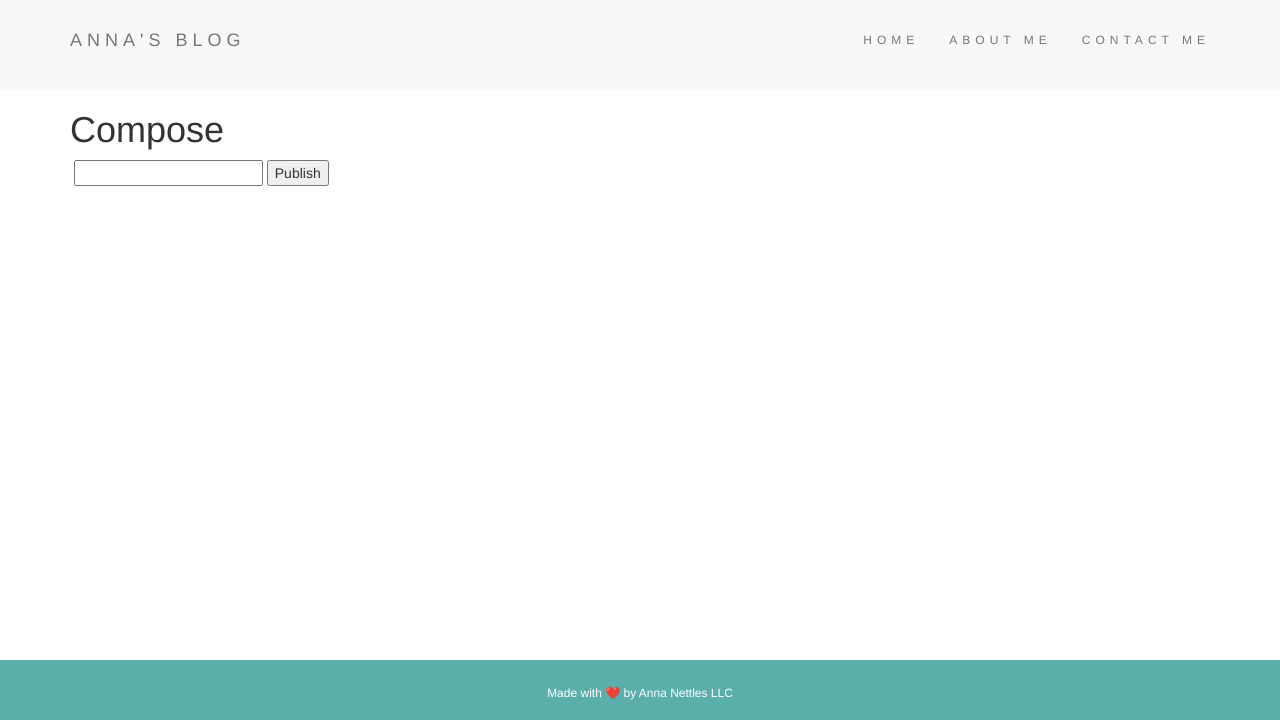
Repository: thecoachanna/blog
Page: http://localhost/compose
These files come from the project's save history. The page is drawn as it stood at one moment and after a run of saves; the edit follows.
The browser window is 1280 px wide. The pictures show the whole page.
The page is served by the project's Node server (app.js).

Above is the page before, as saved 2023-05-10 07:21:29.

### views/compose.ejs
<%- include("partials/header.ejs") %>

    <h1>Compose</h1>
    <form action="/compose" method="post">
        <label for=""></label>
        <input type="text" name="blog" autocomplete="off">
        <button type="submit" name="button">Publish</button>
    </form>

<%- include("partials/footer.ejs") %>

### views/partials/header.ejs
<!DOCTYPE html>
<html lang="en" dir="ltr">

<head>
  <meta charset="utf-8">
  <title>Anna's Blog</title>
  <meta charset="utf-8">
  <link rel="stylesheet" href="https://maxcdn.bootstrapcdn.com/bootstrap/3.3.7/css/bootstrap.min.css">
  <link rel="stylesheet" href="/css/styles.css">
  <nav class="navbar navbar-default">
    <div class="container">
      <div class="navbar-header">
        <p class="navbar-brand">ANNA'S BLOG</p>
      </div>
        <ul class="nav navbar-nav navbar-right">
          <!-- 6 -->
          <li id="home"><a href="/">HOME</a></li>
          <li id="about"><a href="/about">ABOUT ME</a></li>
          <li id="contact"><a href="/contact">CONTACT ME</a></li>
        </ul>
    </div>
  </nav>

  <body>
    <div class="container">

### views/partials/footer.ejs

</div>
<div class="footer-padding"></div>
  <div class="footer">
    <p>Made with ❤️ by Anna Nettles LLC</p>
  </div>
</div>
</body>
</html>

### app.js
//jshint esversion:6

const express = require("express");
const bodyParser = require("body-parser");
const ejs = require("ejs");

const homeStartingContent = "Lacus vel facilisis volutpat est velit egestas dui id ornare. Semper auctor neque vitae tempus quam. Sit amet cursus sit amet dictum sit amet justo. Viverra tellus in hac habitasse. Imperdiet proin fermentum leo vel orci porta. Donec ultrices tincidunt arcu non sodales neque sodales ut. Mattis molestie a iaculis at erat pellentesque adipiscing. Magnis dis parturient montes nascetur ridiculus mus mauris vitae ultricies. Adipiscing elit ut aliquam purus sit amet luctus venenatis lectus. Ultrices vitae auctor eu augue ut lectus arcu bibendum at. Odio euismod lacinia at quis risus sed vulputate odio ut. Cursus mattis molestie a iaculis at erat pellentesque adipiscing.";
const aboutContent = "Hac habitasse platea dictumst vestibulum rhoncus est pellentesque. Dictumst vestibulum rhoncus est pellentesque elit ullamcorper. Non diam phasellus vestibulum lorem sed. Platea dictumst quisque sagittis purus sit. Egestas sed sed risus pretium quam vulputate dignissim suspendisse. Mauris in aliquam sem fringilla. Semper risus in hendrerit gravida rutrum quisque non tellus orci. Amet massa vitae tortor condimentum lacinia quis vel eros. Enim ut tellus elementum sagittis vitae. Mauris ultrices eros in cursus turpis massa tincidunt dui.";
const contactContent = "Scelerisque eleifend donec pretium vulputate sapien. Rhoncus urna neque viverra justo nec ultrices. Arcu dui vivamus arcu felis bibendum. Consectetur adipiscing elit duis tristique. Risus viverra adipiscing at in tellus integer feugiat. Sapien nec sagittis aliquam malesuada bibendum arcu vitae. Consequat interdum varius sit amet mattis. Iaculis nunc sed augue lacus. Interdum posuere lorem ipsum dolor sit amet consectetur adipiscing elit. Pulvinar elementum integer enim neque. Ultrices gravida dictum fusce ut placerat orci nulla. Mauris in aliquam sem fringilla ut morbi tincidunt. Tortor posuere ac ut consequat semper viverra nam libero.";

const app = express();

app.set('view engine', 'ejs');

app.use(bodyParser.urlencoded({extended: true}));
app.use(express.static("public"));

// Home Page
app.get('/', (req, res) => {
  res.render('home', { startingContent: homeStartingContent })
})

// About Page
app.get('/about', (req, res) => {
  res.render('about', { about: aboutContent })
})

// Contact Page
app.get('/contact', (req, res) => {
  res.render('contact', { contact: contactContent })
})

// Compose Page - GET
app.get('/compose', (req, res) => {
  res.render('compose')
})

// Compose Page - POST
app.post('/compose', (req, res) => {
  let newBlog = req.body.blog
  console.log(newBlog)
  res.render('compose')
})











app.listen(3000, function() {
  console.log("Server started on port 3000");
});

### public/css/styles.css
.container-fluid {
    padding-top: 70px;
    padding-bottom: 70px;
}
.navbar {
    padding-top: 15px;
    padding-bottom: 15px;
    border: 0;
    border-radius: 0;
    margin-bottom: 0;
    font-size: 12px;
    letter-spacing: 5px;
}
.navbar-nav  li a:hover {
    color: #5AAFAA !important;
}

.footer-padding {
	padding-bottom: 60px;
}

.footer {
	position: absolute;
	text-align: center;
	bottom: 0;
	width: 100%;
	height: 60px;
	background-color: #5AAFAA;
}

.footer p {
	margin-top: 25px;
	font-size: 12px;
  color: #fff;
}

After the next 4 saves:
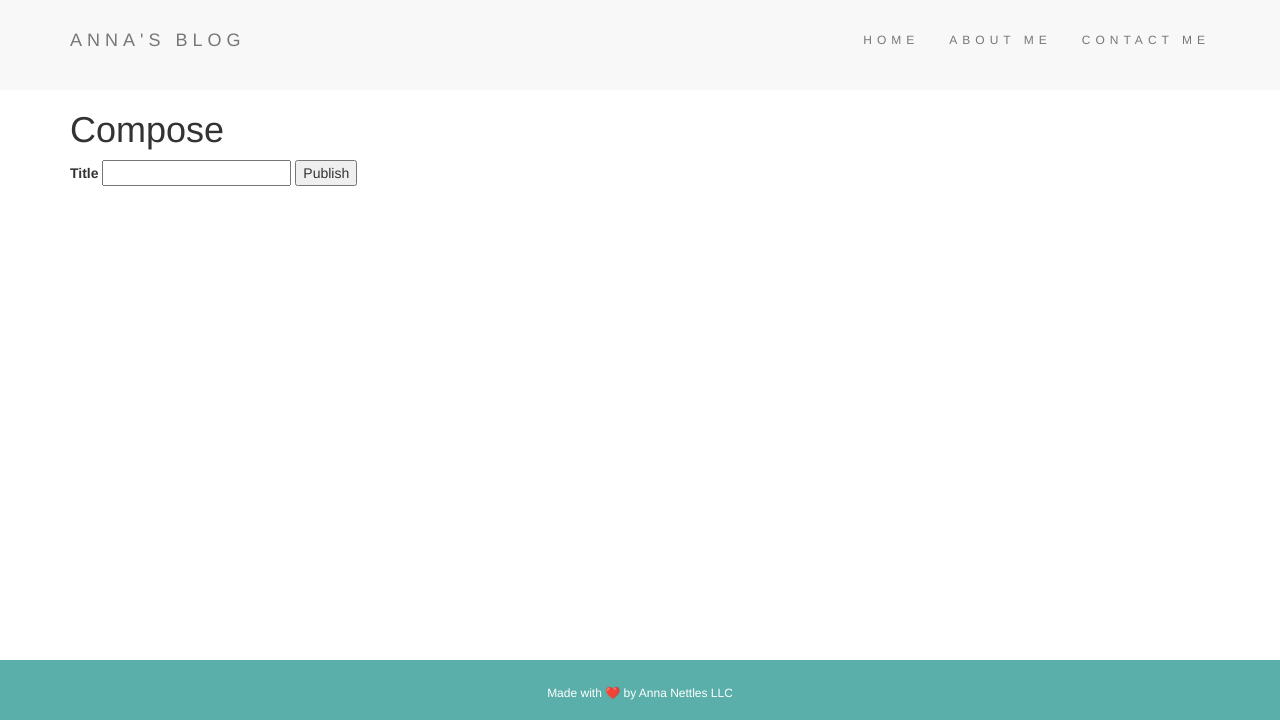
The 4 saves are shown as one change because they came seconds apart.
The last was saved 13 s later.
--- a/views/compose.ejs
+++ b/views/compose.ejs
@@ -2,7 +2,7 @@
 
     <h1>Compose</h1>
     <form action="/compose" method="post">
-        <label for=""></label>
+        <label for="title">Title</label>
         <input type="text" name="blog" autocomplete="off">
         <button type="submit" name="button">Publish</button>
     </form>
